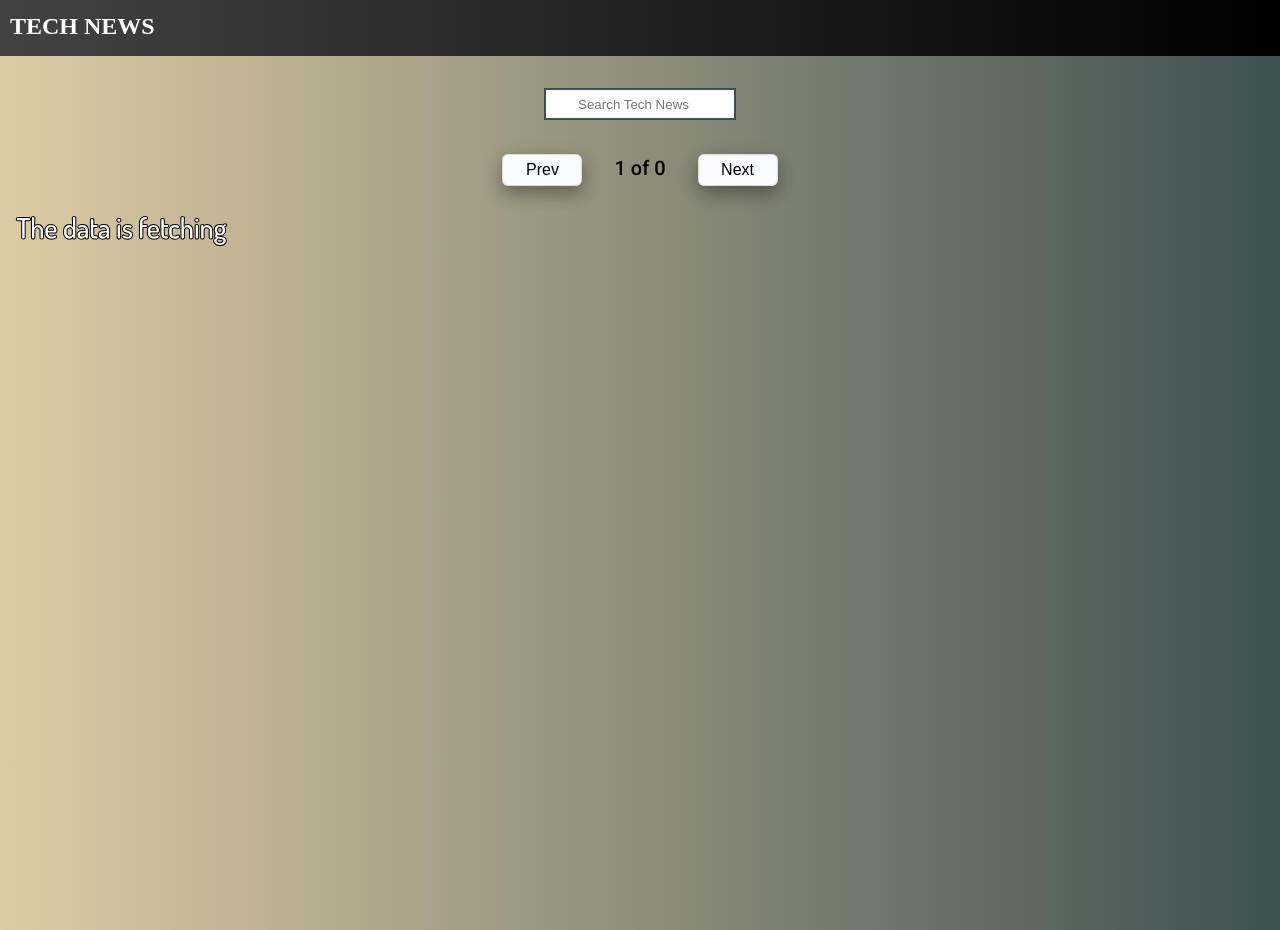
Repository: suraj-yadav7/TechNews
Page: /
The author's editor kept a copy of each file at every save. The page is drawn from the files as they stood at one save, then again after the next save.
The browser window is 1280 px wide. The pictures show the whole page.
The page's requests for data from a server got no answer. Some web fonts or font styles are not loaded; a fallback is used. The project was rebuilt for these pictures with package versions that can differ from the ones it lists, and the page was loaded fresh each time. No one was signed in, and anything a server would have sent is missing.

Above is the page before, as saved 2023-04-28 18:11:03.

After the next save:
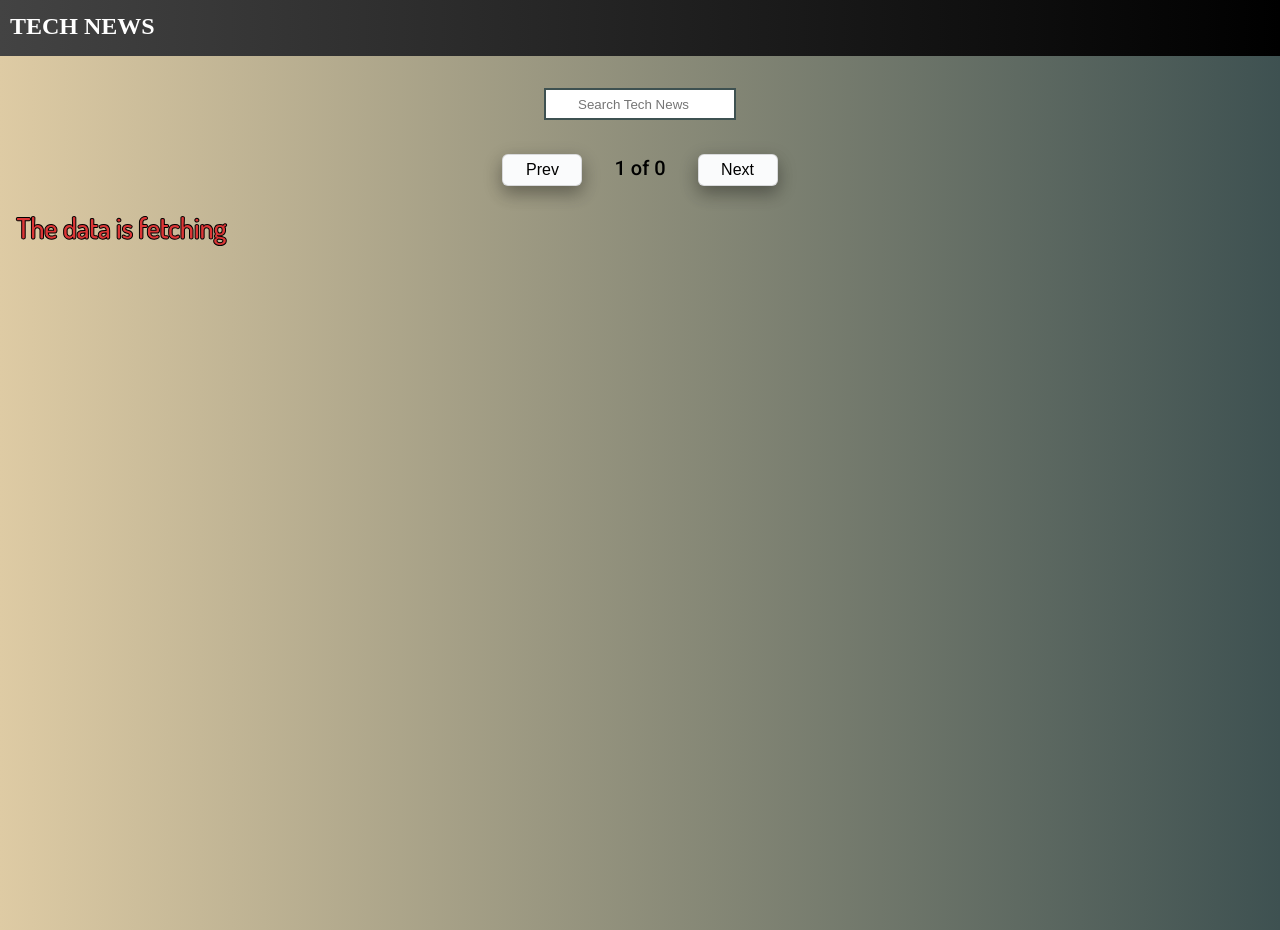
Saved 24 s later.
--- a/src/App.css
+++ b/src/App.css
@@ -66,8 +66,8 @@
   background-image: linear-gradient(to right, #DECBA4, #3E5151);
   font: 800 28px "Dosis";
   color:rgb(241, 241, 240);
-  color: rgb(204, 250, 1);
-  -webkit-text-fill-color: white;
+  color: rgb(4, 4, 4);
+  -webkit-text-fill-color: rgb(220, 54, 54);
   -webkit-text-stroke-width: 1px;
   -webkit-text-stroke-color: black;
   padding-left: 1rem;

After the save that followed:
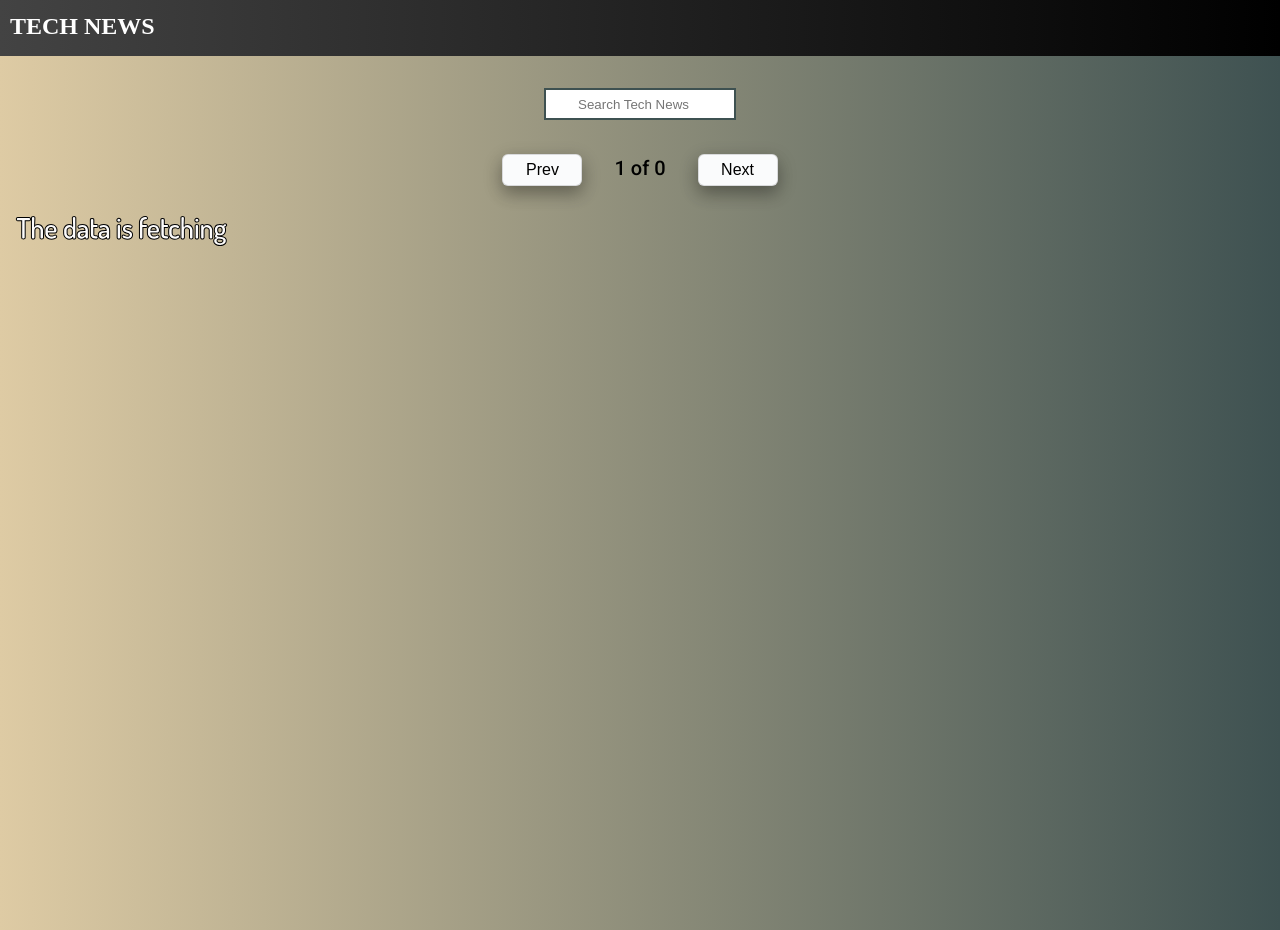
Saved 17 s later.
--- a/src/App.css
+++ b/src/App.css
@@ -67,7 +67,7 @@
   font: 800 28px "Dosis";
   color:rgb(241, 241, 240);
   color: rgb(4, 4, 4);
-  -webkit-text-fill-color: rgb(220, 54, 54);
+  -webkit-text-fill-color: rgb(253, 252, 252);
   -webkit-text-stroke-width: 1px;
   -webkit-text-stroke-color: black;
   padding-left: 1rem;
